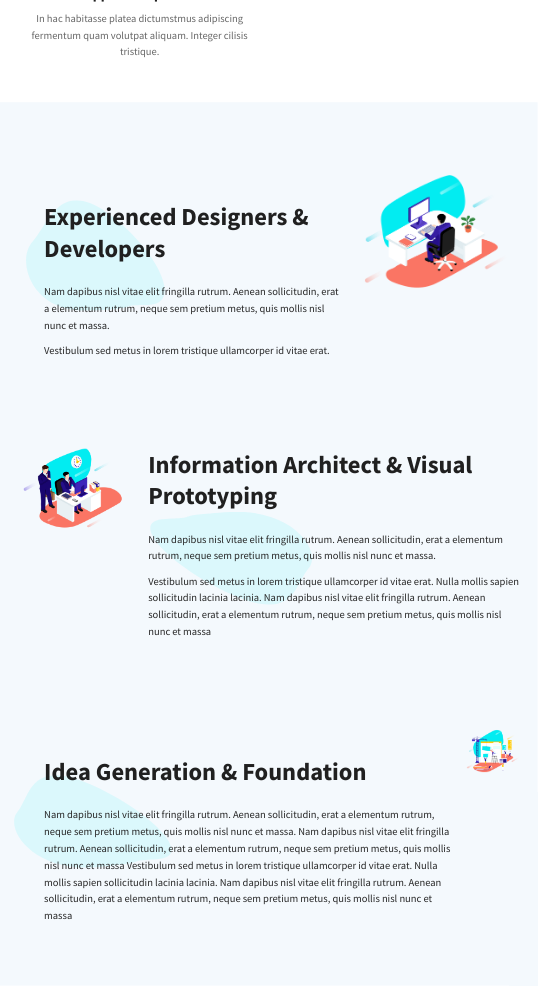
Repository: advert31337/marafon_from0to1_MartaUP
Page: index.html
These files come from the project's save history. The page is drawn as it stood at one moment and after the next save; the edit follows.
The browser window is 768 px wide. The pictures show the part of the page from y = 1410 to 3650 px (the page is 2818 px tall before and 3768 px after), at 70% of full size.

Above is the page before, as saved 2020-03-08 17:45:49.

### index.html
<!DOCTYPE html>
<html lang="en">

<head>
    <meta charset="UTF-8">
    <meta name="viewport" content="width=device-width, initial-scale=1.0">
    <title>Marafon MartaUP</title>
    <link href="https://fonts.googleapis.com/css?family=Source+Sans+Pro:400,600,700&display=swap" rel="stylesheet">
    <link rel="stylesheet" href="css/reset.css">
    <link rel="stylesheet" href="css/slick.css">
    <link rel="stylesheet" href="css/style.css">
</head>

<body>
    <header class="header">

        <div class="container">
            <div class="header__top">

                <div class="logo">
                    <a href="#!">+
                        <img src="images/logo.svg" alt="">
                    </a>
                </div>

                <nav class="menu">
                    <div class="menu__btn">
                        <span>

                        </span>
                    </div>
                    <ul class="menu__list">
                        <li><a class="menu__list-item" href="#">home</a></li>
                        <li><a class="menu__list-item" href="#">work</a></li>
                        <li><a class="menu__list-item" href="#">about</a></li>
                        <li><a class="menu__list-item" href="#">contact</a></li>
                    </ul>
                </nav>

                <div class="header-btn">
                    <a class="login" href="#">login</a>
                    <a class="sign-up" href="#">sign up</a>
                </div>

            </div>

            <div class="header-slider">
                <div class="header-slider__item">
                    <div class="header-slider__item-content">

                        <div class="header-slider__item-info">
                            <h3 class="header-slider__title">
                                We Build Apps & Websites
                                for Your Business
                            </h3>
                            <div class="header-slider__description">
                                For startups, For businesses & For you
                            </div>
                            <a href="" class="header-slider__btn">Request a quote</a>
                        </div>

                        <div class="header-slider__item-images">
                            <img src="images/slider-img.png" alt="">
                        </div>
                    </div>
                </div>


                <div class="header-slider__item">
                    <div class="header-slider__item-content">

                        <div class="header-slider__item-info">
                            <h3 class="header-slider__title">
                                We Build Apps & Websites
                                for Your Business
                            </h3>
                            <div class="header-slider__description">
                                For startups, For businesses & For you
                            </div>
                            <a href="" class="header-slider__btn">Request a quote</a>
                        </div>

                        <div class="header-slider__item-images">
                            <img src="images/slider-img.png" alt="">
                        </div>
                    </div>
                </div>


                <div class="header-slider__item">
                    <div class="header-slider__item-content">

                        <div class="header-slider__item-info">
                            <h3 class="header-slider__title">
                                We Build Apps & Websites
                                for Your Business
                            </h3>
                            <div class="header-slider__description">
                                For startups, For businesses & For you
                            </div>
                            <a href="" class="header-slider__btn">Request a quote</a>
                        </div>

                        <div class="header-slider__item-images">
                            <img src="images/slider-img.png" alt="">
                        </div>
                    </div>
                </div>


                <div class="header-slider__item">
                    <div class="header-slider__item-content">

                        <div class="header-slider__item-info">
                            <h3 class="header-slider__title">
                                We Build Apps & Websites
                                for Your Business
                            </h3>
                            <div class="header-slider__description">
                                For startups, For businesses & For you
                            </div>
                            <a href="" class="header-slider__btn">Request a quote</a>
                        </div>

                        <div class="header-slider__item-images">
                            <img src="images/slider-img.png" alt="">
                        </div>
                    </div>
                </div>


                <div class="header-slider__item">
                    <div class="header-slider__item-content">

                        <div class="header-slider__item-info">
                            <h3 class="header-slider__title">
                                We Build Apps & Websites
                                for Your Business
                            </h3>
                            <div class="header-slider__description">
                                For startups, For businesses & For you
                            </div>
                            <a href="" class="header-slider__btn">Request a quote</a>
                        </div>

                        <div class="header-slider__item-images">
                            <img src="images/slider-img.png" alt="">
                        </div>
                    </div>
                </div>
            </div>

        </div>

    </header>

    <section class="specialised">
        <div class="container">
            <div class="specialised__title title">
                We are specialised in
            </div>
            <div class="specialised__items">
                <div class="specialised__item">
                    <div class="specialised__item-img">
                        <img src="images/specialise-1.svg" alt="">
                    </div>

                    <div class="specialise__item-title">
                        UI/UX Design
                    </div>
                    <div class="specialise__item-text">
                        In hac habitasse platea dictumstmus adipiscing fermentum quam volutpat aliquam. Integer cilisis tristique.
                    </div>
                </div>
                <div class="specialised__item">
                    <div class="specialised__item-img">
                        <img src="images/specialise-2.svg" alt="">
                    </div>
                    <div class="specialise__item-title">
                        Web Development
                    </div>
                    <div class="specialise__item-text">
                        In hac habitasse platea dictumstmus adipiscing fermentum quam volutpat aliquam. Integer cilisis tristique.
                    </div>
                </div>
                <div class="specialised__item">
                    <div class="specialised__item-img">
                        <img src="images/specialise-3.svg" alt="">
                    </div>
                    <div class="specialise__item-title">
                        App Development
                    </div>
                    <div class="specialise__item-text">
                        In hac habitasse platea dictumstmus adipiscing fermentum quam volutpat aliquam. Integer cilisis tristique.
                    </div>
                </div>
            </div>
        </div>
    </section>

    <section class="advantages">
        <div class="container">

            <div class="advantages-box">
                <div class="advantages-box__info">
                    <div class="advantages-box__title">
                        Experienced Designers & Developers
                    </div>
                    <div class="advantages-box__text">
                        <p>
                            Nam dapibus nisl vitae elit fringilla rutrum. Aenean sollicitudin, erat a elementum rutrum, neque sem pretium metus, quis mollis nisl nunc et massa.
                        </p>
                        <p>
                            Vestibulum sed metus in lorem tristique ullamcorper id vitae erat.
                        </p>
                    </div>
                </div>

                <div class="advantages-box__img">
                    <img src="images/advantages-1.png" alt="">
                </div>
            </div>

            <div class="advantages-box advantages-box--right">
                <div class="advantages-box__info">
                    <div class="advantages-box__title">
                        Information Architect &
                        Visual Prototyping
                    </div>
                    <div class="advantages-box__text">
                        <p>
                            Nam dapibus nisl vitae elit fringilla rutrum. Aenean sollicitudin, erat a elementum rutrum, neque sem pretium metus, quis mollis nisl nunc et massa.
                        </p>
                        <p>
                            Vestibulum sed metus in lorem tristique ullamcorper id vitae erat. Nulla mollis sapien sollicitudin lacinia lacinia. Nam dapibus nisl vitae elit fringilla rutrum. Aenean sollicitudin, erat a elementum rutrum, neque sem pretium metus, quis mollis nisl nunc et massa
                        </p>
                    </div>
                </div>
                <div class="advantages-box__img">
                    <img src="images/advantages-2.png" alt="">
                </div>
            </div>

            <div class="advantages-box">
                <div class="advantages-box__info advantages-box__info--bg">
                    <div class="advantages-box__title">
                        Idea Generation & Foundation
                    </div>
                    <div class="advantages-box__text">
                        <p>
                            Nam dapibus nisl vitae elit fringilla rutrum. Aenean sollicitudin, erat a elementum rutrum, neque sem pretium metus, quis mollis nisl nunc et massa. Nam dapibus nisl vitae elit fringilla rutrum. Aenean sollicitudin, erat a elementum rutrum, neque sem pretium metus, quis mollis nisl nunc et massa    Vestibulum sed metus in lorem tristique ullamcorper id vitae erat. Nulla mollis sapien sollicitudin lacinia lacinia. Nam dapibus nisl vitae elit fringilla rutrum. Aenean sollicitudin, erat a elementum rutrum, neque sem pretium metus, quis mollis nisl nunc et massa
                        </p>
                    </div>
                </div>

                <div class="advantages-box__img">
                    <img src="images/advantages-3.png" alt="">
                </div>
            </div>
        </div>
    </section>

    <!-- <section class="reviews">
        <div class="container">
            <div class="reviews__title title">
                Don’t Just Take Our Words
            </div>
            <div class="reviews__items">

                <div class="reviews__item">
                    <div class="reviews__item-head">
                        <img src="images/rev-1.jpg" alt="">
                        <div class="reviews__item-info">
                            <div class="reviews__item-name">
                                Arakat Bank
                            </div>
                            <div class="reviews__item-position">
                                International Bank Ltd.
                            </div>
                        </div>
                    </div>
                    <div class="reviews__item-text">
                        Fusce vehicula dolor arcu, sit amet blandit dolor mollis nec. Donec viverra eleifend lacus, vitae ullamcorper metus. Sed sollicitudin ipsum.
                    </div>
                </div>

                <div class="reviews__item">
                    <div class="reviews__item-head">
                        <img src="images/rev-2.jpg" alt="">
                        <div class="reviews__item-info">
                            <div class="reviews__item-name">
                                Chrsitopher Company Ltd.
                            </div>
                            <div class="reviews__item-position">
                                Design & Development
                            </div>
                        </div>
                    </div>
                    <div class="reviews__item-text">
                        Fusce vehicula dolor arcu, sit amet blandit dolor mollis nec. Donec viverra eleifend lacus, vitae ullamcorper metus. Sed sollicitudin ipsum.
                    </div>
                </div>

                <div class="reviews__item">
                    <div class="reviews__item-head">
                        <img src="images/rev-3.jpg" alt="">
                        <div class="reviews__item-info">
                            <div class="reviews__item-name">
                                Jigsawlab Studio Inc.
                            </div>
                            <div class="reviews__item-position">
                                Interactive Prototyping
                            </div>
                        </div>
                    </div>
                    <div class="reviews__item-text">
                        Fusce vehicula dolor arcu, sit amet blandit dolor mollis nec. Donec viverra eleifend lacus, vitae ullamcorper metus. Sed sollicitudin ipsum.
                    </div>
                </div>

            </div>
        </div>
    </section> -->

    <!-- <footer class="footer">
        <div class="container">
            <div class="footer__inner">
                <div class="footer__link">
                    <a href="#">About Martaup</a>
                    <a href="#">Help</a>
                    <a href="#">Privacy Policy</a>
                </div>
                <div class="footer__copy">
                    © 2013-2018 All rights reserved.
                </div>
            </div>
        </div>
    </footer> -->


    <script src="https://ajax.googleapis.com/ajax/libs/jquery/3.4.1/jquery.min.js"></script>
    <script src="js/slick.min.js"></script>
    <script src="js/main.js"></script>
</body>

</html>

### css/style.css
*{
    box-sizing: border-box;
}

body {
    font-family: 'Source Sans Pro', sans-serif;
    font-size: 15px;
    line-height: 24px;
}

a {
    text-decoration: none;
    color: inherit;
}
.header {
    background-image: url('../images/header-bg.jpg');
    min-height: 793px;
    background-repeat: no-repeat;
    background-size: cover;
    background-position: top center;
}

.container {
    max-width: 1200px;
    margin: 0 auto;
    padding: 0 15px 0 15px;

}

.header__top {
    display: flex;
    justify-content: space-between;
    height: 100px;
    align-items: center;
}

.menu__list {
    display: flex;
}

.menu__list li + li {
    padding-left: 50px;

}

.login {
    margin-right: 44px;
    color: #fff;
    text-transform: uppercase;
    font-weight: 600;
}

.menu__list a{
    opacity: 0.5;
    color: #fff;
    font-weight: 600;
    text-transform: uppercase;
    transition: all 0.5s;
}

.menu__list a:hover {
    opacity: 1;
}

.sign-up {
    text-transform: uppercase;
    color: #250f8a;
    font-weight: 600;
    background-color: #fff;
    padding: 8px 43px;
    border-radius: 20px;

}

.header-slider {
    padding-top: 111px;
}
.header-slider__item {

}
.header-slider__item-content {
    display: flex;
    justify-content: space-between;
}
.header-slider__item-info {
    max-width: 506px;
    color:#fff;
}
.header-slider__title {
    font-weight: 700;
    font-size: 45px;
    line-height: 60px;
    margin-bottom: 10px;
}
.header-slider__description {
    line-height: 55px;
    font-size: 24px;
    margin-bottom: 60px;
}
.header-slider__btn {
    font-weight: 600;
    text-transform: uppercase;
    color: #250F8A;
    padding: 13px 39px;
    background-color: #FFCA00;
    border-radius: 25px;
}
.header-slider__item-images {
    margin: 10px 82px 0 0;
}

.header-dots{
    list-style: none;
    position: absolute;
    right: 0;
    top: 50%;
    transform: translateY(-50%)
}

.header-dots button {
    border: none;
    background-color: #fff;
    opacity: 0.5;
    font-size: 0;
    padding: 0;
    width: 7px;
    height: 7px;
    border-radius: 3.5px;
    cursor: pointer;
    outline: none;
    margin: 10px auto;
    display: block;
}

.header-dots .slick-active button{
    width: 15px;
    opacity: 1;
}

.specialised{
    padding: 55px 0 93px;
    background-image: url(../images/special-bg.svg);
    background-position: left bottom;
    background-repeat: no-repeat;
    color: #202020;
    text-align: center;
}

.specialised__title {
    margin-bottom: 96px;
}
.title {
    font-size: 35px;
    line-height: 45px;
    font-weight: 700;
    text-align: center;
}

.specialised__items {
    display: flex;
    justify-content: space-between;
    max-width: 980px;
    margin: 0 auto;

}
.specialised__item {
    width: 280px;
}
.specialised__item-img {
    margin-bottom: 23px;
    min-height: 159px;
}
.specialise__item-title {
    margin-bottom: 11px;
    font-size: 20px;
    font-weight: 700;
}
.specialise__item-text {
   padding: 0 10px;
   color: #272727;
   opacity: 0.7;
}


.advantages {
    padding-top: 64px;
    background: #f4f9fd;
    background-image: url(../images/advantages-bg.svg);
    background-repeat: no-repeat;
    background-position: center right;
}

.advantages-box {
    display: flex;
    justify-content: space-between;
    padding-bottom: 76px;
}

 .advantages-box--right .advantages-box__info{
    order: 1;
    background-image: url(../images/title-bg-2.svg);
    background-position: 22px 130px;
}
.advantages-box__info {
    max-width: 455px;
    padding-top: 60px;
    background-image: url(../images/title-bg-1.svg);
    background-repeat: no-repeat;
    background-position: 22px 76px;
}

.advantages-box__info--bg{
    background-image: url(../images/title-bg-3.svg);
    background-position: 5px 105px;
}


.advantages-box__title {
    color: #202020;
    font-size: 35px;
    line-height: 45px;
    font-weight: 700;
    padding: 68px 0 15px 48px;

}
.advantages-box__text {
    padding-left: 48px;
    color: #272727;
}

.advantages-box__text p{
    margin: 12px 0;
}


.reviews {
    background-image: url(../images/reviews-bg.jpg);
    background-repeat: no-repeat;
    background-position: top center;
    background-size: cover;
    padding: 38px 53px;
}

.reviews__title {
    color: #fff;
    margin: 0 auto 48px;
    max-width: 384px;
}
.reviews__items {
    max-width: 940px;
    margin: 0 auto;
    display: flex;
    justify-content: space-between;
}
.reviews__item {
    width: 300px;
    border-radius: 5px;
    background-color: rgba(255, 255, 255, .2);
    padding: 35px 20px;
    color: #fff;
}
.reviews__item-head {
    margin-bottom: 13px;
    display: flex;
}

.reviews__item-head img{
    border-radius: 50%;
    margin-right: 20px;
}

.reviews__item-name {
    font-weight: 600;
}
.reviews__item-position {
    opacity: .5;
}
.reviews__item-text {
    text-align: center;
    padding-top: 39px;
    position: relative;
}

.reviews__item-text::before{
    content: "“";
    font-size: 40px;
    line-height: 55px;
    font-weight: 700;
    position: absolute;
    top: 0;
    left: 0;
    right: 0;
}

.footer{

}

.footer__inner {
    display: flex;
    justify-content: space-between;
    align-items: center;
    height: 61px;
    color: #272727;
    padding: 0 40px;
}
.footer__link a + a {
    margin-left: 20px;
}




@media (max-width: 1620px){
    .advantages{
        background-image: none;
    }
}


@media (max-width: 1201px){
    .specialised{
        background-size: 60px;
    }
}

@media (max-width: 1190px){
    .header-slider__item-images{
        margin: 50px 20px 0 0;
    }
    .header-slider__item-images img{
        width: 80%;
    }
    .header-slider__item-info{
        padding: 50px 0;
    }

    .header-slider{
        padding-top: 25px;
    }

    .advantages-box__img img{
        width: 80%
    }

    .advantages-box__img{
        text-align: center;
    }

    .advantages-box{
        justify-content: space-around;
    }

    .advantages-box--right .advantages-box__title{
        padding: 30px 0 15px 20px;
    }

    .advantages-box--right .advantages-box__text{
        padding-left: 20px;
    }

    .advantages-box--right .advantages-box__info{
        padding-right: 30px;
    }
}

@media (max-width: 1080px){
    .specialised{
        background-image: none;
    }

    .advantages-box__info{
        padding-top: 10px;
    }

    .advantages-box--right .advantages-box__info{
        padding-right: 10px;
    }

    .advantages-box__img{
        width: 71%;
        margin-top: 40px;
    }
}


@media (max-width: 924px){
    .header__top{
        flex-wrap: wrap;
    }

    .header-btn{
        width: 100%;
        text-align: right;
    }

    .login{
        margin-right: 30px;
    }

}

@media (max-width: 900px){
    .header-slider__item-images{
        display: none;
    }
}

@media (max-width: 858px) {
    .advantages-box__info{
        max-width: 100%;
        flex-wrap: wrap;
    }
}

@media (max-width: 775px) {
    .specialised{
        padding: 20px 0 40px;
    }

    .specialised__title{
        margin-bottom: 40px;
    }

    .specialised__items{
        flex-wrap: wrap;
    }

    .specialised__item{
        width: 50%;
        margin-bottom: 20px;
    }
}

@media (max-width: 570px) {
    .menu__list{
        display: none;
        position: absolute;
        top: 120px;
        left: 0;
        text-align: center;
        width: 100%;
        background-color: #1a50a8;
        z-index: 5;
    }

    .menu__list li + li{
        padding-left: 0;
    }

    .menu__list a{
        display: block;
        padding: 10px;
    }

    .menu__btn{
        width: 30px;
        height: 20px;
        position: relative;

    }

    .menu__btn span{
        width: 100%;
        height: 2px;
        background-color: #fff;
        top:9px;
        position: absolute;
    }

    .menu__btn::after,
    .menu__btn::before{
        content: "";
        height: 2px;
        width: 100%;
        background-color: #fff;
        position: absolute;
    }

    .menu__btn::after{
        top: 0;
    }

    .menu__btn::before{
        bottom: 0;
    }

    .header-slider__item-info{
        padding: 10px 30px 10px 0;
    }

    .header{
        min-height: 580px;
    }

    .header-slider__description{
        margin-bottom: 20px;
        font-size: 20px;
        line-height: 35px;
    }

    .header-slider__title{

        font-size: 35px;
        line-height: 45px;

    }


    .specialised__items{
        display: block;
    }

    .specialised__item{
        width: 100%;

    }

    .title{
        font-size: 30px;
        line-height: 40px;
    }



}

@media (min-width: 570px){
    .menu__list{
        display: flex !important;
    }

}

### js/main.js
$(function(){
    $('.header-slider').slick({
        arrows: false,
        vertical: true,
        dots: true,
        dotsClass: 'header-dots',
        autoplay: 2000,

    })

    $('.menu__btn').on('click', function(){
        $('.menu__list').slideToggle()
    })
})

Loaded but not shown: css/reset.css (common file); css/slick.css (common file); js/slick.min.js (library)

After the next save:
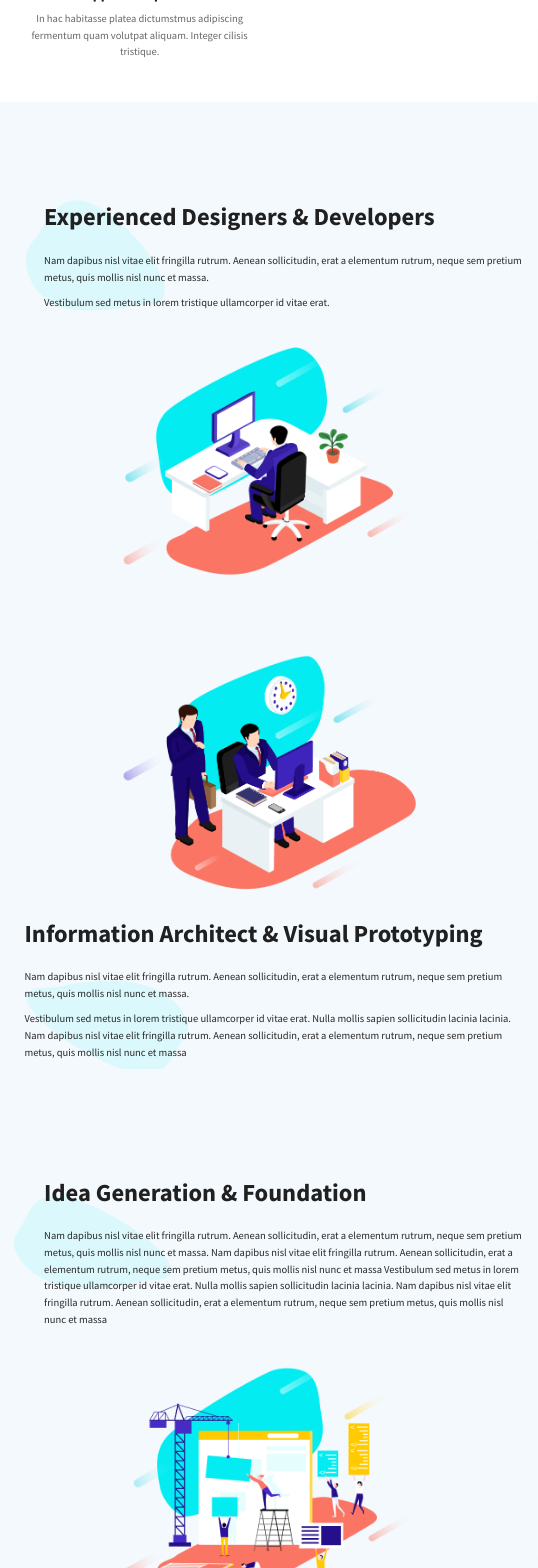
Saved 45 s later.
--- a/css/style.css
+++ b/css/style.css
@@ -411,6 +411,10 @@ a {
         max-width: 100%;
         flex-wrap: wrap;
     }
+
+    .advantages-box{
+        flex-wrap: wrap;
+    }
 }
 
 @media (max-width: 775px) {
